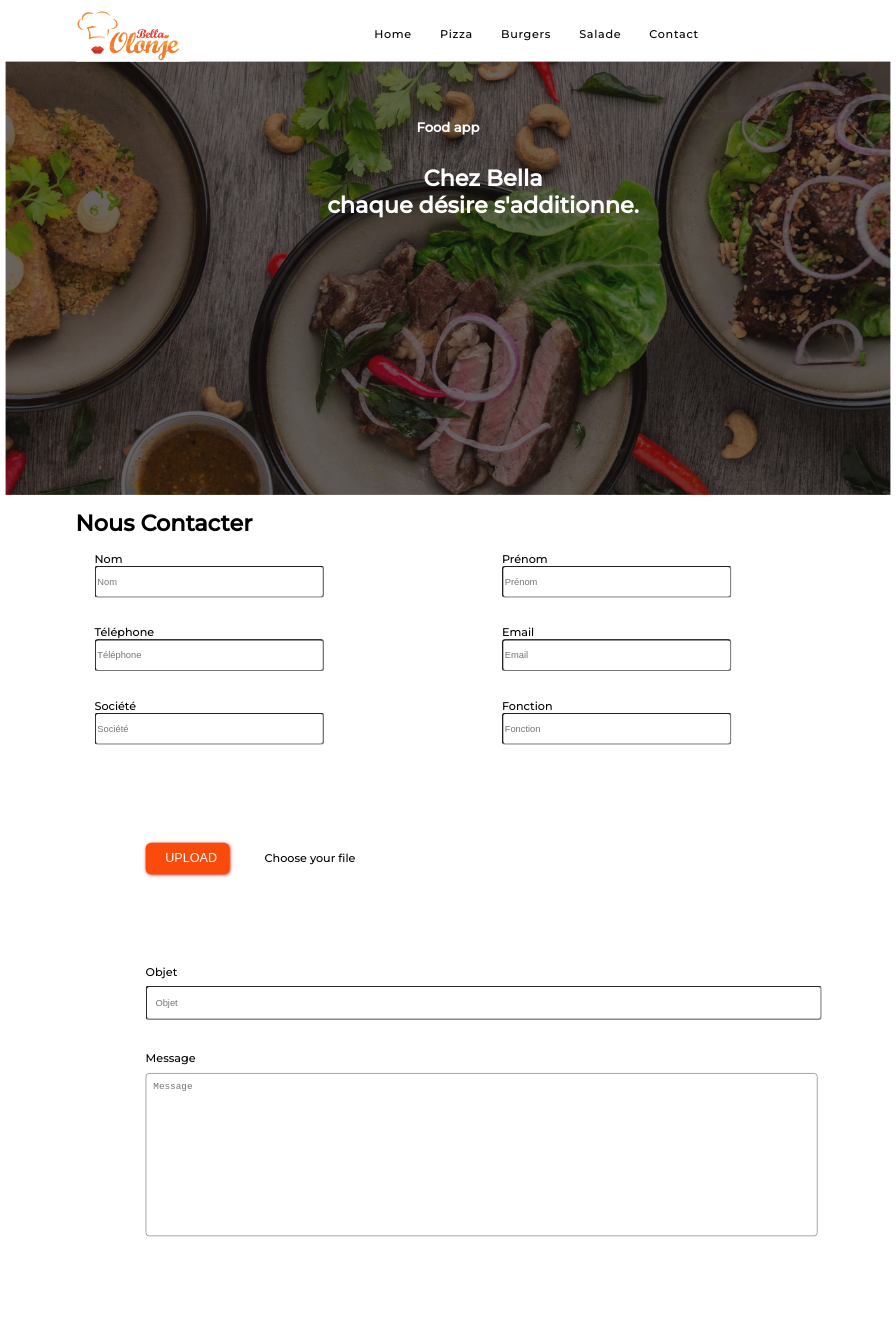
Repository: Ahlam-belhadj/bella-olange
Page: index3.html
The author's editor kept a copy of each file at every save. The page is drawn from the files as they stood at one save, then again after the next save.
The browser window is 1280 px wide. The pictures show the part of the page from y = 0 to 1920 px (the page is 2420 px tall), at 70% of full size.
Pictures or frames that could not be fetched are drawn as grey boxes.

Above is the page before, as saved 2023-02-14 15:53:05.

After the next save:
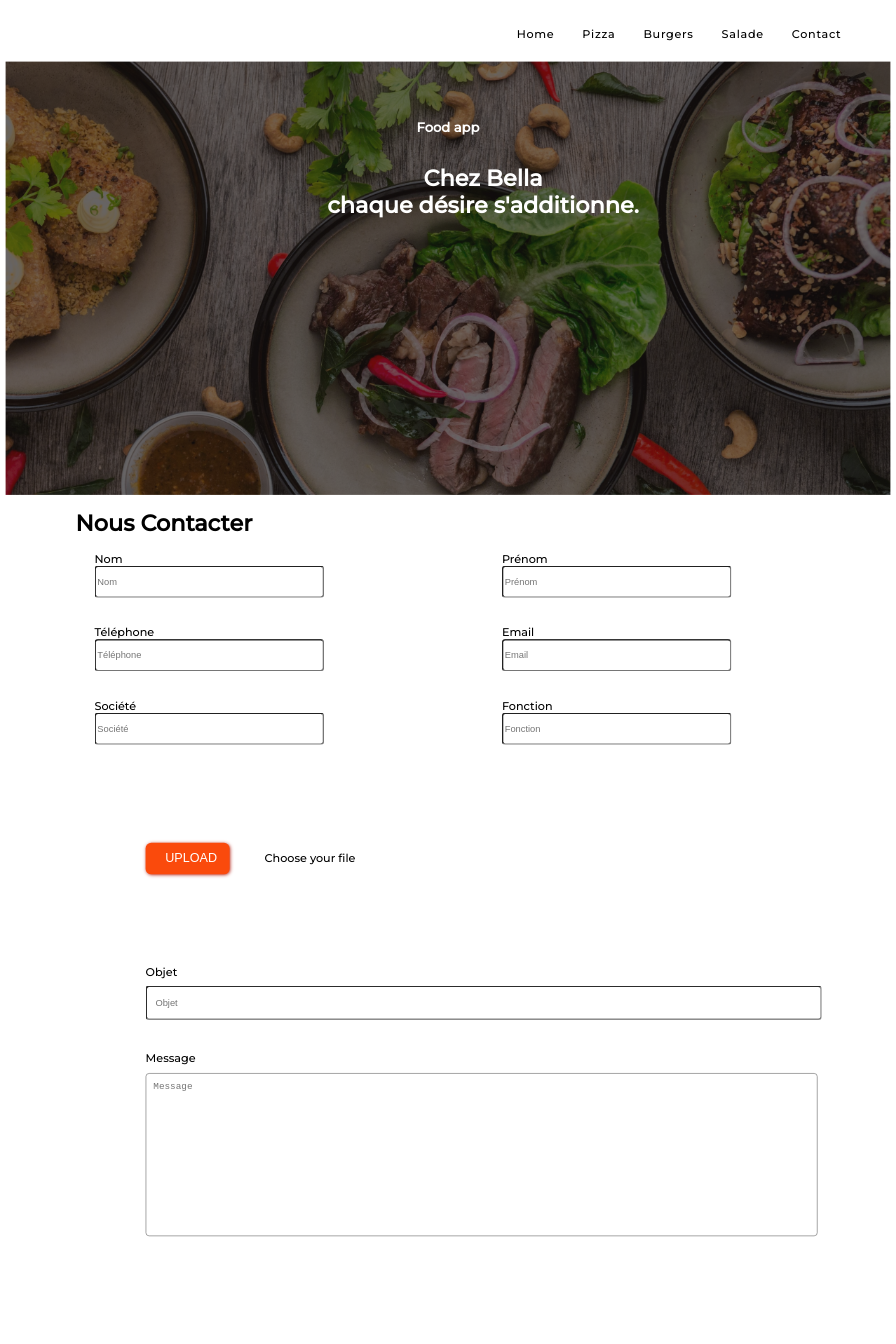
Not found: img/left.png
Saved 2 min 3 s later.
--- a/index3.html
+++ b/index3.html
@@ -13,21 +13,29 @@
 <body>
     <header>
         <nav>
-            <div class="logo"><img  class="logo" src="image/logo_bella_olonje.png" alt="logo"></div>
-            <ul>
-                <li><a href="#" class="nav-link">Home</a></li>
-                <li><a href="#" class="nav-link">Pizza</a></li>
-                <li><a href="#" class="nav-link">Burgers</a></li>
-                <li><a href="#" class="nav-link">Salade</a></li>
-                <li><a href="#" class="nav-link">Contact</a></li>
-
+            <ul class="navimg">
+                <li>
+                    <img src="img/left.png" alt="">
+                </li>
             </ul>
-            <div class="icon_navbar">
-                <label for="click" class="menu-btn">
-                  <i class="fas fa-bars"></i>
-                </label>
-            </div>
-          </nav>
+            <ul class="navitem">
+                <li>
+                    <a id="Home" href="#">Home</a>
+                </li>
+                <li>
+                    <a href="#">Pizza</a>
+                </li>
+                <li>
+                    <a href="#">Burgers</a>
+                </li>
+                <li>
+                    <a href="#">Salade</a>
+                </li>
+                <li>
+                    <a href="#">Contact</a>
+                </li>
+            </ul>
+        </nav>
 
         <div class="title">
             <div class="texte">

After the 2 saves that followed:
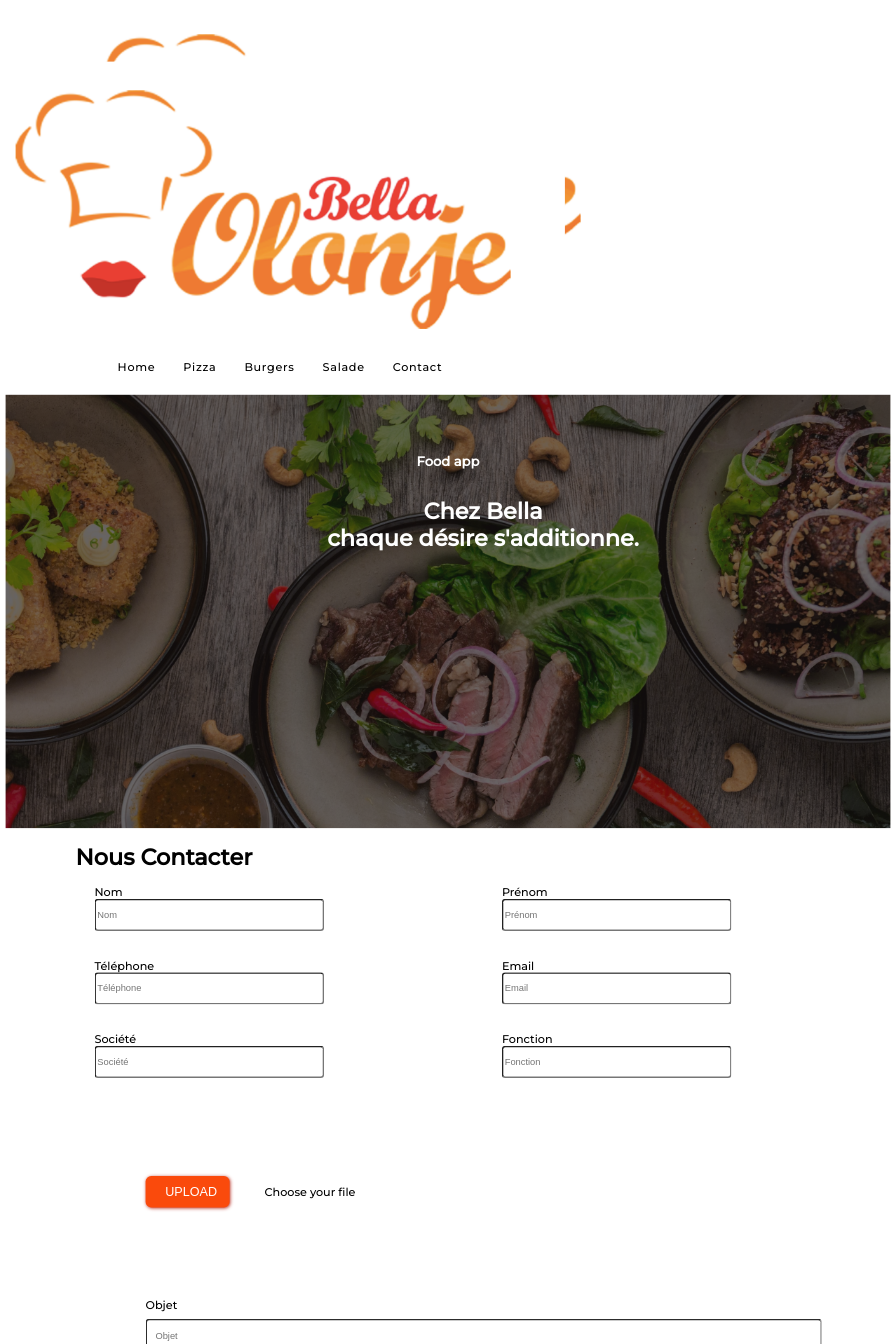
The 2 saves are shown as one change because they came seconds apart.
The last was saved 3 min 21 s later.
--- a/index3.html
+++ b/index3.html
@@ -12,30 +12,38 @@
 
 <body>
     <header>
-        <nav>
-            <ul class="navimg">
-                <li>
-                    <img src="img/left.png" alt="">
-                </li>
+        <nav class="navbar">
+            <div class="logo_header">
+               <a href="index.html" class="logo"></a>
+               <img src="images/logo_bella_olonje.png" alt="Logo_page"/>
+            </div>
+            <!-- menu -->
+            <ul class="main_nav">
+               <li class="red"> <a href="index.html" class="nav_links Big">Home</a> </li>
+               <li> <a href="#Pizza" class="nav_links">Pizza</a> </li>
+               <li> <a href="#Burgers" class="nav_links">Burgers</a> </li>
+               <li> <a href="#salade" class="nav_links">Salade</a> </li>
+               <li> <a href="contact.html" class="nav_links">Contact</a> </li>
             </ul>
-            <ul class="navitem">
-                <li>
-                    <a id="Home" href="#">Home</a>
-                </li>
-                <li>
-                    <a href="#">Pizza</a>
-                </li>
-                <li>
-                    <a href="#">Burgers</a>
-                </li>
-                <li>
-                    <a href="#">Salade</a>
-                </li>
-                <li>
-                    <a href="#">Contact</a>
-                </li>
-            </ul>
-        </nav>
+         </nav>
+         <!-- Hamburger Menu -->
+         <div class="hamburgermenu">
+            <div class="testons">
+               <div class="logo_header"> <a href="index.html" class="logo"></a> <img src="images/logo_bella_olonje.png" alt="Logo_page" /> </div>
+               <div class="hamburgericon"> <label for="toggle"> <i class="fas fa-bars hamburger"></i> </label> </div>
+            </div>
+            <!-- Small display Responsive Navigation begins --> <input type="checkbox" id="toggle" name="toggle">
+            <nav class="navigation--responsive">
+               <ul>
+                  <li class="red"> <a href="index.html" class="nav_links Big">Home</a> </li>
+                  <li> <a href="#Pizza" class="nav_links">Pizza</a> </li>
+                  <li> <a href="#Burgers" class="nav_links">Burgers</a> </li>
+                  <li> <a href="#salade" class="nav_links">Salade</a> </li>
+                  <li> <a href="contact.html" class="nav_links">Contact</a> </li>
+               </ul>
+            </nav>
+            <!-- responsive nav ends-->
+         </div>
 
         <div class="title">
             <div class="texte">
